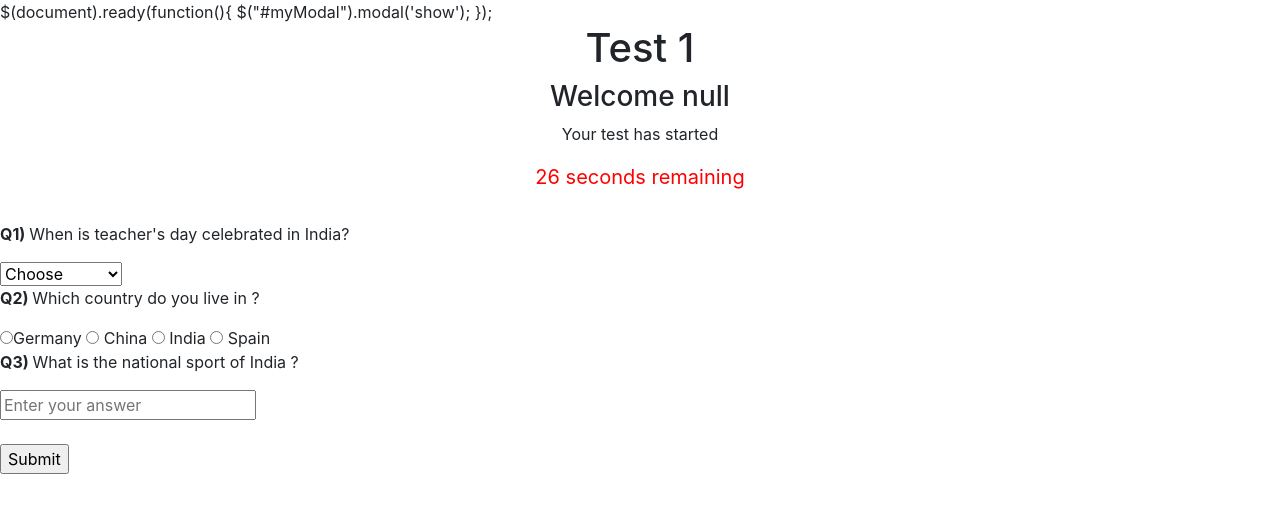
Repository: MriOj/OnlineExamPortal
Page: http://localhost/ExamPortal/test1.jsp
The author's editor kept a copy of each file at every save. The page is drawn from the files as they stood at one save, then again after the next save.
The browser window is 1280 px wide. The pictures show the whole page.
The page is served by Tomcat 9. Other server files are loaded and not shown.

Above is the page before, as saved 2021-09-07 06:08:32.
Console error: SyntaxError: Unexpected token '<'

### ExamPortal/src/main/webapp/test1.jsp
<%@ page language="java" contentType="text/html; charset=ISO-8859-1"
    pageEncoding="ISO-8859-1"%>
<!DOCTYPE html>
<html>
<head>
<meta charset="ISO-8859-1">
<title>Test 1 </title>
<style type="text/css">
.center {
text-align: center;
}
#uid{
visibility:hidden;
}
#timer{
font-size:20px;
color:red;
}
</style>
<link rel="stylesheet" href="https://stackpath.bootstrapcdn.com/bootstrap/4.5.0/css/bootstrap.min.css">
<script src="https://code.jquery.com/jquery-3.5.1.min.js"></script>
<script src="https://stackpath.bootstrapcdn.com/bootstrap/4.5.0/js/bootstrap.min.js"></script>
</head>
<script>
<script type="text/javascript">
window.onbeforeunload = function() {
    return "Dude, are you sure you want to leave? Think of the kittens!";
}
</script>
$(document).ready(function(){
	$("#myModal").modal('show');
});</script>
<body>
<div id="myModal" class="modal fade">
    <div class="modal-dialog">
        <div class="modal-content">
            <div class="modal-header">
                <h5 class="modal-title">Subscribe our Newsletter</h5>
                <button type="button" class="close" data-dismiss="modal">&times;</button>
            </div>
            <div class="modal-body">
				<p>Subscribe to our mailing list to get the latest updates straight in your inbox.</p>
                <form>
                    <div class="form-group">
                        <input type="text" class="form-control" placeholder="Name">
                    </div>
                    <div class="form-group">
                        <input type="email" class="form-control" placeholder="Email Address">
                    </div>
                    <button type="submit" class="btn btn-primary">Subscribe</button>
                </form>
            </div>
        </div>
    </div>
</div>
<div class="center">
<h1 >Test 1</h1>
<h3> Welcome <%{out.println(request.getAttribute("userid"));} %></h3>
<p >Your test has started </p>
<div id="timer"></div>
</div>
<form action="than" method="post" id="yourForm">
<input type="text" id="uid" name="userid" value="<%{out.println(request.getAttribute("userid"));} %>">
<input type="text" id="uid" name="test" value="1">
<p><b>Q1) </b>When is teacher's day celebrated in India?</p>
 <select name="Q1">
        <option value="choose" >Choose</option>
        <option value="A" >5 September</option>
        <option value="B" >15 August</option>
        <option value="C" >14 November</option>
        <option value="D" >26 January</option>
    </select>

<p><b>Q2) </b>Which country do you live in  ?</p>
    <input type="radio" value="A" name="Q2" >Germany
    <input type="radio" value="B" name="Q2"> China
    <input type="radio" value="C" name="Q2">  India
    <input type="radio" value="D" name="Q2"> Spain

<p><b>Q3) </b>What is the national sport of India  ?</p>
     <input type="text" name="Q3" placeholder= "Enter your answer" /> <br><br>
<input type="submit"></input>
</form>

</body>
<script>
var timeLeft = 30;
var elem = document.getElementById('timer');
var timerId = setInterval(countdown, 1000);

function countdown() {
    if (timeLeft == -1) {
        clearTimeout(timerId);
        doSomething();
    } else {
        elem.innerHTML = timeLeft + ' seconds remaining';
        timeLeft--;
    }
}
function doSomething() {
	alert("Test Submitted")
    document.getElementById('yourForm').submit();;
}

</script>
</html>

After the next save:
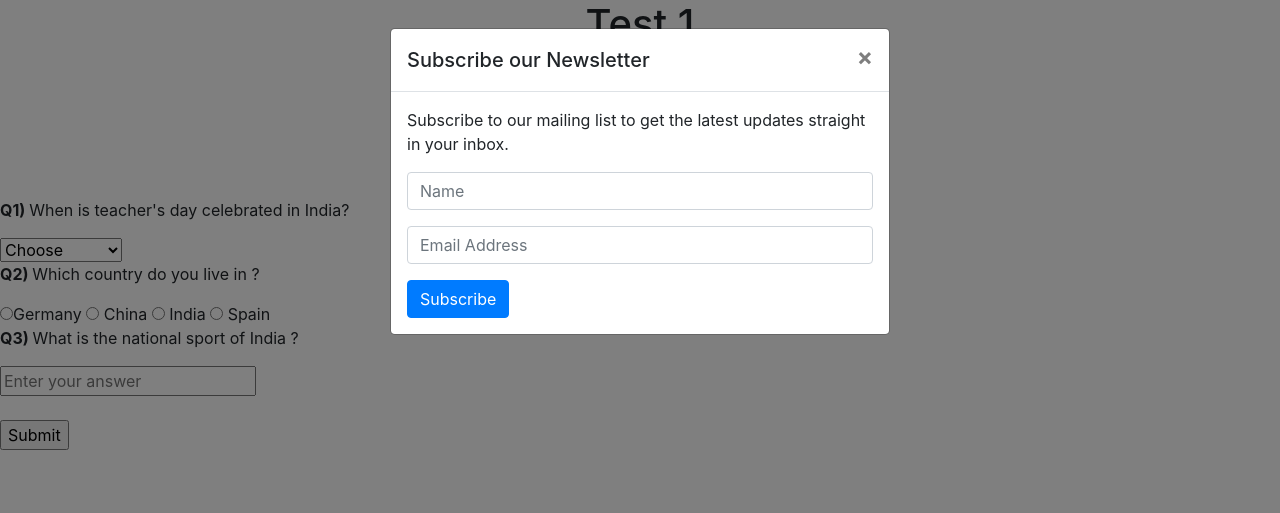
The error is gone.
Saved 12 s later.
--- a/ExamPortal/src/main/webapp/test1.jsp
+++ b/ExamPortal/src/main/webapp/test1.jsp
@@ -22,11 +22,11 @@ color:red;
 <script src="https://stackpath.bootstrapcdn.com/bootstrap/4.5.0/js/bootstrap.min.js"></script>
 </head>
 <script>
-<script type="text/javascript">
+
 window.onbeforeunload = function() {
     return "Dude, are you sure you want to leave? Think of the kittens!";
 }
-</script>
+
 $(document).ready(function(){
 	$("#myModal").modal('show');
 });</script>
